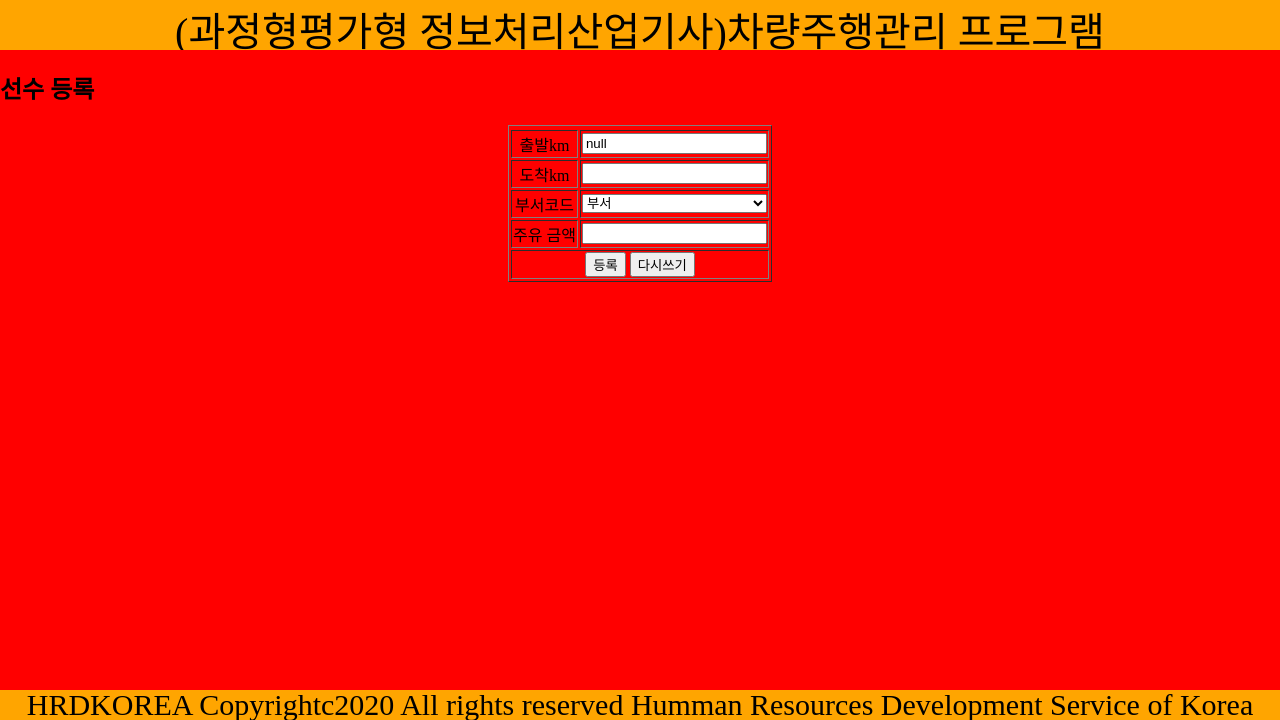
Repository: jeajune0221/information
Page: http://localhost/HRD_2411/join.jsp
These files come from the project's save history. The page is drawn as it stood at one moment and after the next save; the edit follows.
The browser window is 1280 px wide. The pictures show the whole page.
The page is served by Tomcat 9. Queries for data that is not in the repository find no rows.

Above is the page before, as saved 2026-04-13 08:31:00.

### HRD_2411/src/main/webapp/join.jsp
<%@ page language="java" contentType="text/html; charset=UTF-8"
    pageEncoding="UTF-8"%>
        <%@include file = "db_connect.jsp" %>

<!DOCTYPE html>
<html>
<head>
<meta charset="UTF-8">
<title>Insert title here</title>
<link href ="style.css" rel ="stylesheet">
</head>
<body>
<script type = "text/javascript" src = "check.js"></script>
<jsp:include page="header.jsp"></jsp:include>
<section>
<H2>선수 등록</H2>
<form method="post" action ="join_action.jsp" name = "frm" style = "display : flex; align-items : center; justify-content : center; text-align : center">
<table border = 1>
<%
request.setCharacterEncoding("UTF-8");
String pid = "";
try{
	String query ="select max(pid)+1 as pid from giants_player";
	PreparedStatement pstmt = con.prepareStatement(query);
	ResultSet rs = pstmt.executeQuery(query);
	rs.next();
	pid = rs.getString("pid");
}catch (Exception e){

}

 %>

<tr></tr>
<tr>
<td>출발km</td>
<td><input type ="text" name = "pid" value ="<%= pid %>"  readonly></td>
</tr>
<tr>
<td>도착km</td>
<td><input type ="text" name ="pname"></td>
</tr>
<tr>
<td>부서코드</td>
<td>
<select name ="pposition" style ="width : 100%">
<option value ="">부서</option>
<option value ="영업부">[10]영업부</option>
<option value ="총무부">[20]총무부</option>
<option value ="구매부">[30]구매부</option>
<option value ="개발부">[40]개발부</option>

</select>
</td>
</tr>
<tr>
<td>주유 금액</td>
<td><input type="text" name =""></td>
</tr>
<tr>
<td colspan = 2>
<input type = "submit" value ="등록" onclick ="return checkJoin()">
<input type = "reset" value ="다시쓰기" onclick = "rewrite()">

</td>
</tr>

</table>
</form>
</section>
<jsp:include page="footer.jsp"></jsp:include>
</body>
</html>

### HRD_2411/src/main/webapp/db_connect.jsp
<%@ page language="java" contentType="text/html; charset=UTF-8"
    pageEncoding="UTF-8"%>
<%@ page import = "java.sql.*" %>
<%
Class.forName("oracle.jdbc.OracleDriver");
Connection con = DriverManager.getConnection("jdbc:oracle:thin:@//localhost:1521/xe","system","1234");
%>

### HRD_2411/src/main/webapp/header.jsp
<%@ page language="java" contentType="text/html; charset=UTF-8"
    pageEncoding="UTF-8"%>
<!DOCTYPE html>
<html>
<head>
<meta charset="UTF-8">
<title>Insert title here</title>
<link href = "style.css" rel = "stylesheet">

</head>
<body>
<header>(과정형평가형 정보처리산업기사)차량주행관리 프로그램</header>
<nav>
<a href="list.jsp">차량 조회</a>
<a href="join.jsp">주행내역등록</a>
<a href="drivelist.jsp">주행내역조회</a>
<a href="drivestatus.jsp">부서별주행통계</a>
<a href="index.jsp">홈으로</a>



</nav>
</body>
</html>

### HRD_2411/src/main/webapp/footer.jsp
<%@ page language="java" contentType="text/html; charset=UTF-8"
    pageEncoding="UTF-8"%>
<!DOCTYPE html>
<html>
<head>
<meta charset="UTF-8">
<title>Insert title here</title>
<link href = "style.css" rel = "stylesheet">

</head>
<body>
<footer>HRDKOREA Copyrightc2020 All rights reserved Humman Resources Development Service of Korea</footer>
</body>
</html>

### HRD_2411/src/main/webapp/style.css
@charset "UTF-8";

header{
	position :fixed;
	top:0px;
	left : 0px;
	width : 100%;
	height : 70px;
	background : orange;
	text-align:center;
	font-size : 40px;
}
nav{
	position : fixed;
	top : 70px;
	left : 0px;
	width : 100%;
	height : 40px;
	background : pink;
	line-height : 40px;
	padding-left : 20px;
	font-size : 20px;
}
section{
	display : fixed;
	position : fixed;
	top : 50px;
	left : 0px;
	width : 100%;
	height : 100%;
	background : lightgray;
	text-align : center;
	justify-content: center;
	align-items: center;
	text-align: left;
	background : red;
}

footer{
	position : fixed;
	bottom : 0px;
	left : 0px;
	width : 100%;
	height : 30px;
	background : orange;
	line-height : 30px;
	text-align : center;
	font-size : 30px;

}

### HRD_2411/src/main/webapp/check.js
function checkJoin() {
    if(frm.drv_date.value.length==0) {
        alert("주행일자가 입력되지 않았습니다!")
        frm.drv_date.focus();
        return false;
    }

    //모든 속성에 대해 유효성 검사
    if(frm.car_no.value=="") {
        alert("차량번호가 입력되지 않았습니다!")
        frm.car_no.focus();
        return false;
    }

    if(frm.drv_start.value=="") {
        alert("출발Km 입력되지 않았습니다.")
        frm.drv_start.focus();
        return false;
    }

    if(frm.drv_end.value=="") {
        alert("도착Km 입력되지 않았습니다.")
        frm.drv_end.focus();
        return false;
    }
    if(frm.dept[0].checked == false && frm.dept[1].checked == false && frm.dept[2].checked == false && frm.pgrade[3].checked == false){
		alert('부서코드가 선택되지 않았습니다! ')
		frm.dept[0].focus()
		return false;
	}
	if(frm.drv_money.value = ""){
		alert("주유금액이 입력되지 않았습니다!")
		frm.drv_money.focus();
	}
}
function rewrite(){
	alert("정보를 지우고 처음부터 다시 입력 합니다.")
}

After the next save:
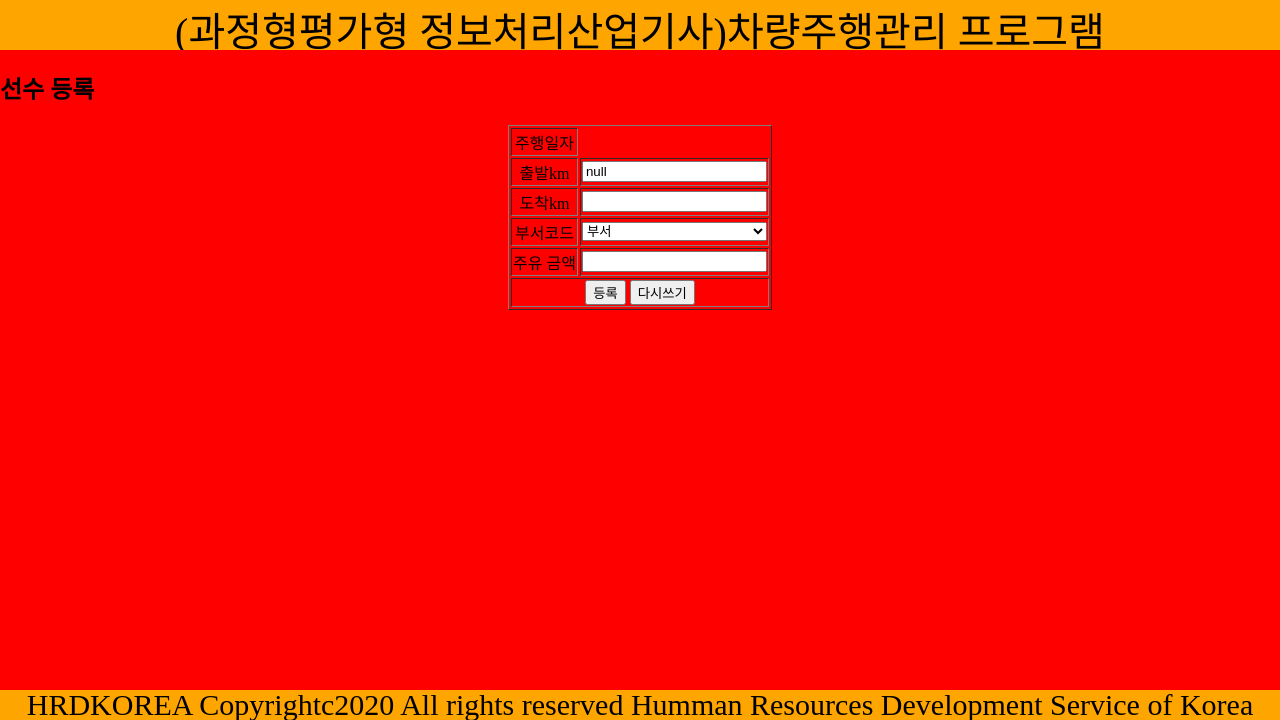
Saved 14 s later.
--- a/HRD_2411/src/main/webapp/join.jsp
+++ b/HRD_2411/src/main/webapp/join.jsp
@@ -31,7 +31,11 @@
 
  %>
 
-<tr></tr>
+<tr>
+	<td>
+	주행일자
+	</td>
+</tr>
 <tr>
 <td>출발km</td>
 <td><input type ="text" name = "pid" value ="<%= pid %>"  readonly></td>
